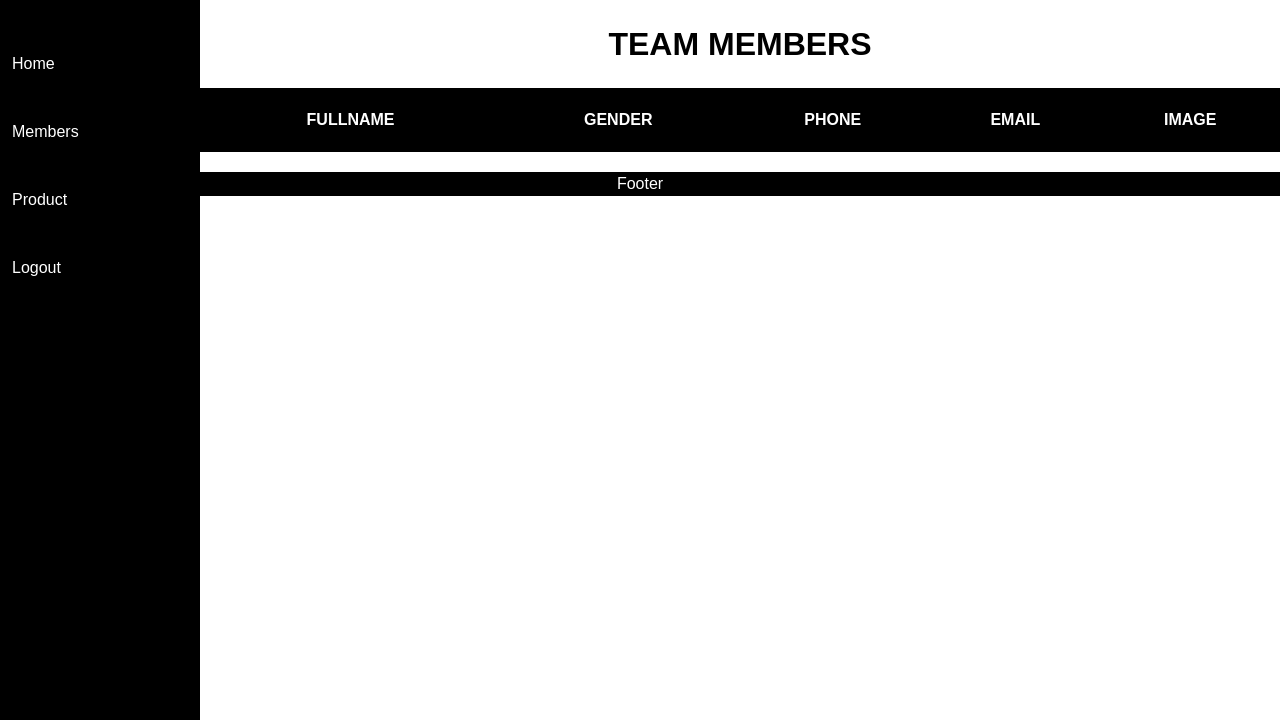
Repository: Eugene44-hub/SHRGroup46-capstone
Page: /members
The author's editor kept a copy of each file at every save. The page is drawn from the files as they stood at one save, then again after the next save.
The browser window is 1280 px wide. The pictures show the whole page.
The page's requests for data from a server got no answer. The project was rebuilt for these pictures with package versions that can differ from the ones it lists, and the page was loaded fresh each time. No one was signed in, and anything a server would have sent is missing.

Above is the page before, as saved 2022-05-19 16:21:58.

### src/index.css
@tailwind base;
@tailwind components;
@tailwind utilities;
@import url('https://fonts.googleapis.com/css2?family=Poppins:wght@300;400;500;700&display=swap');
body {
    font-family: 'Poppins', sans-serif;
}

code {
    font-family: source-code-pro, Menlo, Monaco, Consolas, 'Courier New', monospace;
}

* {
    margin: 0;
    padding: 0;
    box-sizing: border-box;
}

@layer components {
    .tax {
        @apply text-sm font-medium
    }
    .taxPrice {
        @apply font-extralight
    }
}

### src/App.js
import React from 'react'
import { lazy, Suspense, useEffect, useState } from "react";
import { Route, Routes,BrowserRouter as Router } from "react-router-dom";

//read through comments on each component and pages to understand properly

// only tailwind and css modules are used in this project, any additional libraries should be told to the lead before installation

//Note: you can use normal import statement on the pages. Lazy load is for only Routing pages

// API's too have been fetched in utility folder you can import and use with the syntax below

import { fetchAllData,fetchCompanyQuantity,fetchPersonQuantity,fetchProductQuantity } from "./utilities/apis";
// fetchAllData(input endpoint here to fetch all data).then(data =>console.log(data) )
// fetchPersonQuantity(input quantity here to fetch an amount of data).then(data =>console.log(data) )
// fetchProductQuantity(input quantity here to fetch an amount of data).then(data =>console.log(data) )
// fetchCompanyQuantity(input quantity here to fetch an amount of data).then(data =>console.log(data) )

// endpoints are as follows:
// https://fakerapi.it/api/v1/products?_quantity=1
// https://fakerapi.it/api/v1/companies?_quantity=1
// https://fakerapi.it/api/v1/persons?_quantity=10
// https://fakerapi.it/api/v1/products
// https://fakerapi.it/api/v1/companies
// https://fakerapi.it/api/v1/persons

// check utilities folder for more details on the api functions

// happy coding


const Nav=lazy(()=>import('./components/nav/Nav'));
const Home=lazy(()=>import('./pages/home/Home'));
const Dashboard=lazy(()=>import('./pages/dashboard/Dashboard'))
const Members=lazy(()=>import('./pages/members/Members'))
const Product=lazy(()=>import('./pages/product/Product'))
const Login=lazy(()=>import('./pages/login/Login'))
const Footer=lazy(()=>import('./components/footer/Footer'))



const quantity = 12;

function App() {

  const[products, setProducts] = useState('')
  const [members,setMembers]=useState(null)

  useEffect(() => {
    fetchProductQuantity(quantity).then(data =>setProducts(data.data) )
    fetchAllData("https://fakerapi.it/api/v1/persons").then(data =>setMembers(data))
  }, [])

  return (
    <div className="App">

<Suspense fallback={<h1>Loading...</h1>}>
  <Router>
  <Nav/>

    <div className='ml-[200px]'>
<Routes>
<Route path="/" element={<Home/>} />
<Route path="/product" element={<Product products = {products}/>} />
<Route path="/dashboard" element={<Dashboard/>} />
<Route path="/login" element={<Login/>} />
<Route path="/members" element={<Members members={members}/>} />
</Routes>
</div>
</Router>
<Footer/>
</Suspense>
    </div>
  );
}

export default App;

### src/utilities/apis.js
//this function takes in the url as an argument in string format

export const fetchAllData = async(url) => {
    const response = await fetch(url);
    const data = await response.json();
    return data;
}

//

// this part take in the quantity as an argument in integer format
export const fetchPersonQuantity = async(quantity) => {
    const response = await fetch(`https://fakerapi.it/api/v1/persons?_quantity=${quantity}`);
    const data = await response.json();
    return data;
}

export const fetchCompanyQuantity = async(quantity) => {

    const response = await fetch(`https://fakerapi.it/api/v1/companies?_quantity=${quantity}`);
    const data = await response.json();
    return data;
}

export const fetchProductQuantity = async(quantity) => {
    const response = await fetch(`https://fakerapi.it/api/v1/products?_quantity=${quantity}`);
    const data = await response.json();
    return data;
}



// https://fakerapi.it/api/v1/products?_quantity=1
// https://fakerapi.it/api/v1/companies?_quantity=1
// https://fakerapi.it/api/v1/persons?_quantity=10

### src/components/nav/Nav.jsx
import React from 'react'
import { useNavigate } from 'react-router-dom'

import styles from './Nav.module.css'
const navItems=[{
  item:'Home',
  url:'/'
},
{
  item:'members',
  url:'/'
},
{
  item:'product',
  url:'/'
},
{
  item:'logout',
  url:'/'
}]
const Nav = () => {
  const navigate=useNavigate()
  return (
    <nav className={`${styles.nav} `}>
      <div  className='fixed md:w-[200px] bg-black z-50 pt-5 top-0 h-full'>
      <ul>

{navItems.map((navItem,index)=>(<li className='my-5 p-3 transition-all hover:bg-gray-200 hover:text-black'>
  <button className='capitalize ' onClick={()=>navigate(navItem.url)}>{navItem.item}</button>
</li>))}
<li>

</li>
</ul>
      </div>

    </nav>
  )
}

export default Nav

### src/pages/members/Members.jsx
import React from 'react'
//components should be imported from here if needed
// make use of your normal import statement here to import components
// make use of the css module folder or tailwind or you can use inline styles
// check the sample on nav and footer for css modules


const Members = ({members}) => {

console.log(members);
  return (
    <section className='my-5'>
    <div className='container'>
    <header className='md:text-[2rem] text-center font-bold uppercase mb-5'>
      Team members
    </header>
<table className='w-full text-white'>
 <thead>


    <tr className='bg-black border-white'>
      <th className='text-center  py-5 text-[.5rem] md:text-[1rem] uppercase'>fullname</th>
      <th className='text-center py-5 text-[.5rem] md:text-[1rem] uppercase'>gender</th>
      <th className='text-center py-5 text-[.5rem] md:text-[1rem] uppercase'>phone</th>
      <th className='text-center py-5 text-[.5rem] md:text-[1rem] uppercase'>email</th>
      <th className='text-center py-5 text-[.5rem] md:text-[1rem] uppercase'>image</th>
    </tr>
    </thead>

<tbody>
  {members&&members.data.map((member,index) => (
      <tr key={index} style={{backgroundColor:index%2===0?"lightgrey":"black", color:index%2===0?"black":"white"}} className="py-5 shadow-lg mb-5">
      <td className=' text-center text-[.5rem] md:text-[1rem]'>
      {member.firstname} {member.lastname}
      </td>
      <td className=' text-center text-[.5rem] md:text-[1rem] capitalize'>
      {member.gender}
      </td>
      <td className=' text-center text-[.5rem] md:text-[1rem]'>
      {member.phone}
      </td>
      <td className=' text-center text-[.5rem] md:text-[1rem]'>
      {member.email}
      </td>
      <td className=' py-2  text-center text-[.5rem] md:text-[1rem]'>
      <img src={member.image} className="w-[50px] mx-auto h-[50px] rounded-full" alt="" />
      </td>
      </tr>
      ))}
</tbody>

</table>

    </div>

    </section>
  )
}

export default Members

### src/components/footer/Footer.jsx
import React from 'react'
import styles from "./Footer.module.css"
const Footer = () => {
  return (
    <footer className={styles.footer}>Footer</footer>
  )
}

export default Footer

### src/components/nav/Nav.module.css
/** @format */

nav {
    /* height: 300px; */
    background-color: black;
    color: white;
}

### src/components/footer/Footer.module.css
/** @format */

footer {
  /* height: 300px; */
  background-color: black;
  color: white;
  text-align: center;
}

Loaded but not shown: public/index.html (common file); src/index.js (common file); tailwind.config.js (common file)

After the next save:
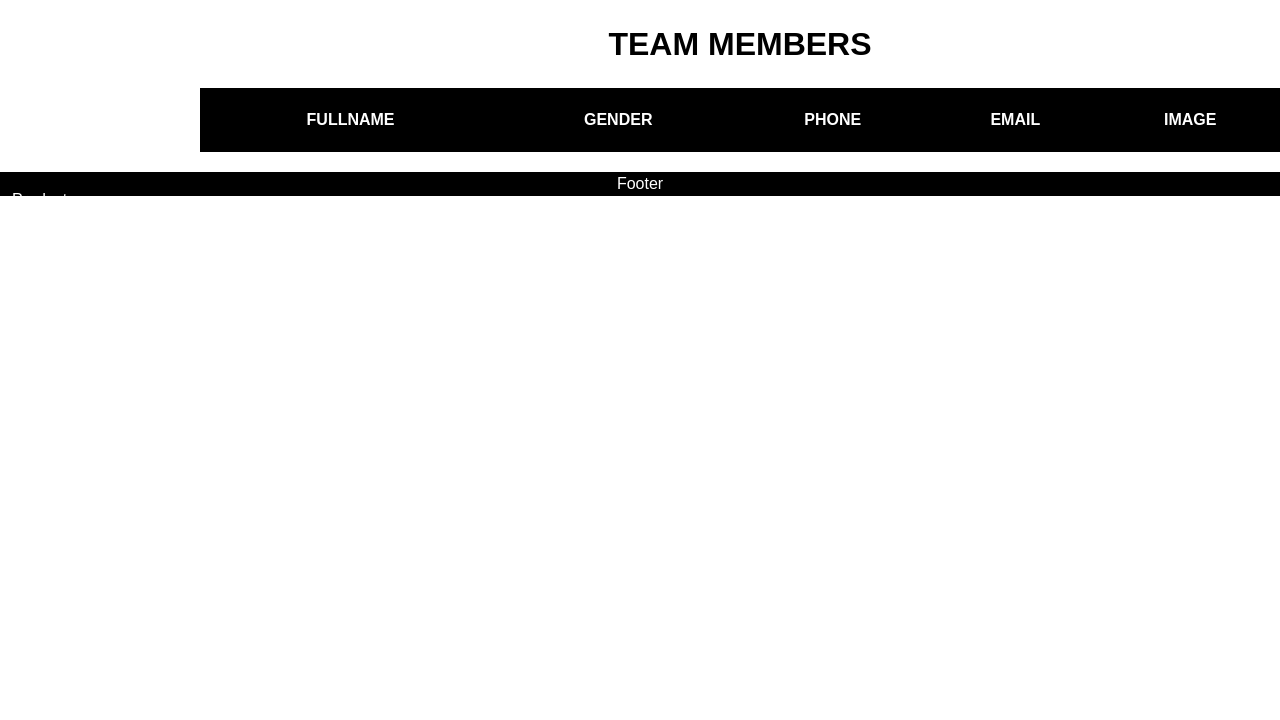
Saved 8 min 8 s later.
--- a/src/components/nav/Nav.jsx
+++ b/src/components/nav/Nav.jsx
@@ -18,11 +18,11 @@
   item:'logout',
   url:'/'
 }]
-const Nav = () => {
+const Nav = ({showNav}) => {
   const navigate=useNavigate()
   return (
     <nav className={`${styles.nav} `}>
-      <div  className='fixed md:w-[200px] bg-black z-50 pt-5 top-0 h-full'>
+      <div  className={`fixed md:none ${showNav?"w-[200px]":"w-[0px]"} bg-black z-50 pt-5 top-0 h-full`}>
       <ul>
 
 {navItems.map((navItem,index)=>(<li className='my-5 p-3 transition-all hover:bg-gray-200 hover:text-black'>

After the 2 saves that followed:
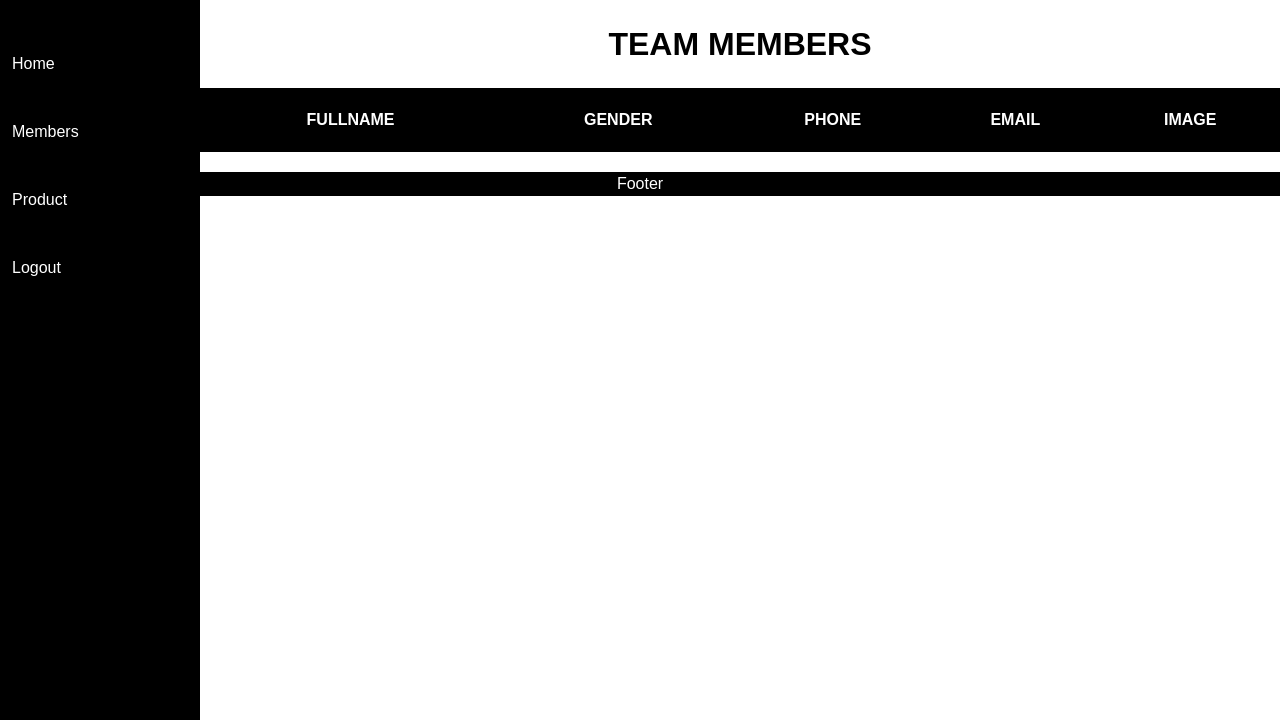
The 2 saves are shown as one change because 1 left the picture as it was.
The last was saved 70 s later.
--- a/src/App.js
+++ b/src/App.js
@@ -51,12 +51,14 @@ function App() {
     fetchAllData("https://fakerapi.it/api/v1/persons").then(data =>setMembers(data))
   }, [])
 
+const [showNav,setShowNav]=useState(true)
+
   return (
     <div className="App">
 
 <Suspense fallback={<h1>Loading...</h1>}>
   <Router>
-  <Nav/>
+  <Nav showNav={showNav}/>
 
     <div className='ml-[200px]'>
 <Routes>
--- a/src/components/nav/Nav.jsx
+++ b/src/components/nav/Nav.jsx
@@ -22,7 +22,7 @@
   const navigate=useNavigate()
   return (
     <nav className={`${styles.nav} `}>
-      <div  className={`fixed md:none ${showNav?"w-[200px]":"w-[0px]"} bg-black z-50 pt-5 top-0 h-full`}>
+      <div  className={`fixed md:block ${showNav?"w-[200px]":"w-[0px]"} bg-black z-50 pt-5 top-0 h-full`}>
       <ul>
 
 {navItems.map((navItem,index)=>(<li className='my-5 p-3 transition-all hover:bg-gray-200 hover:text-black'>
